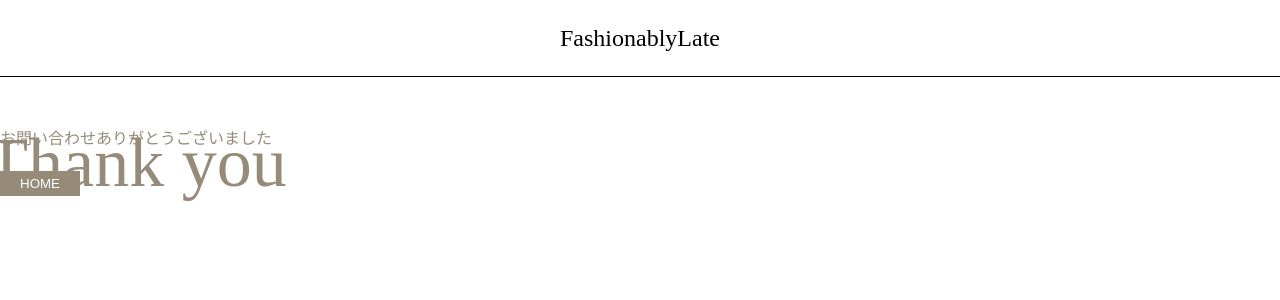
Repository: mayu-ya/test_form
Page: http://localhost/
The author's editor kept a copy of each file at every save. The page is drawn from the files as they stood at one save, then again after the next save.
The browser window is 1280 px wide. The pictures show the whole page.
The page is served by the project's Laravel application, run on PHP 8.4 with Laravel 8.

Above is the page before, as saved 2026-01-17 13:37:42.

After the next save:
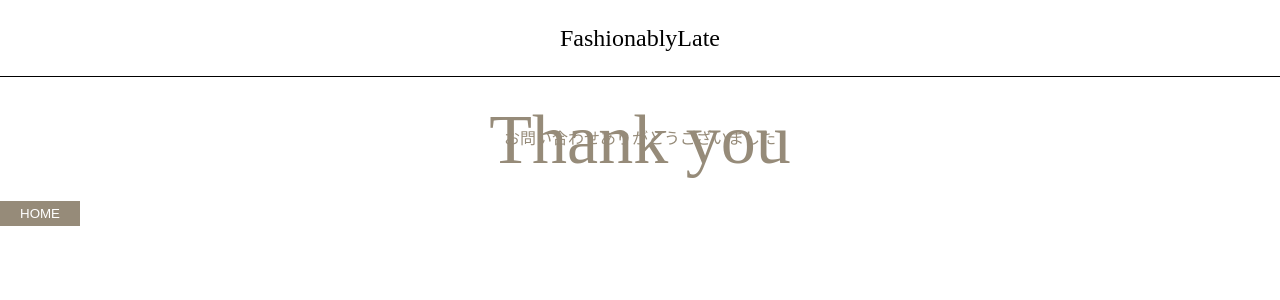
Saved 2 min 57 s later.
--- a/src/public/css/thanks.css
+++ b/src/public/css/thanks.css
@@ -4,14 +4,15 @@
 
 .content__group {
     margin: 0 auto;
+
+}
+
+.content-thanks {
     position: relative;
-    display: inline-block;
+    display: flex;
     justify-content: center;
     align-items: center;
     margin: 50px 0;
-}
-
-.content-thanks {
     color: #968b79;
 }
 
